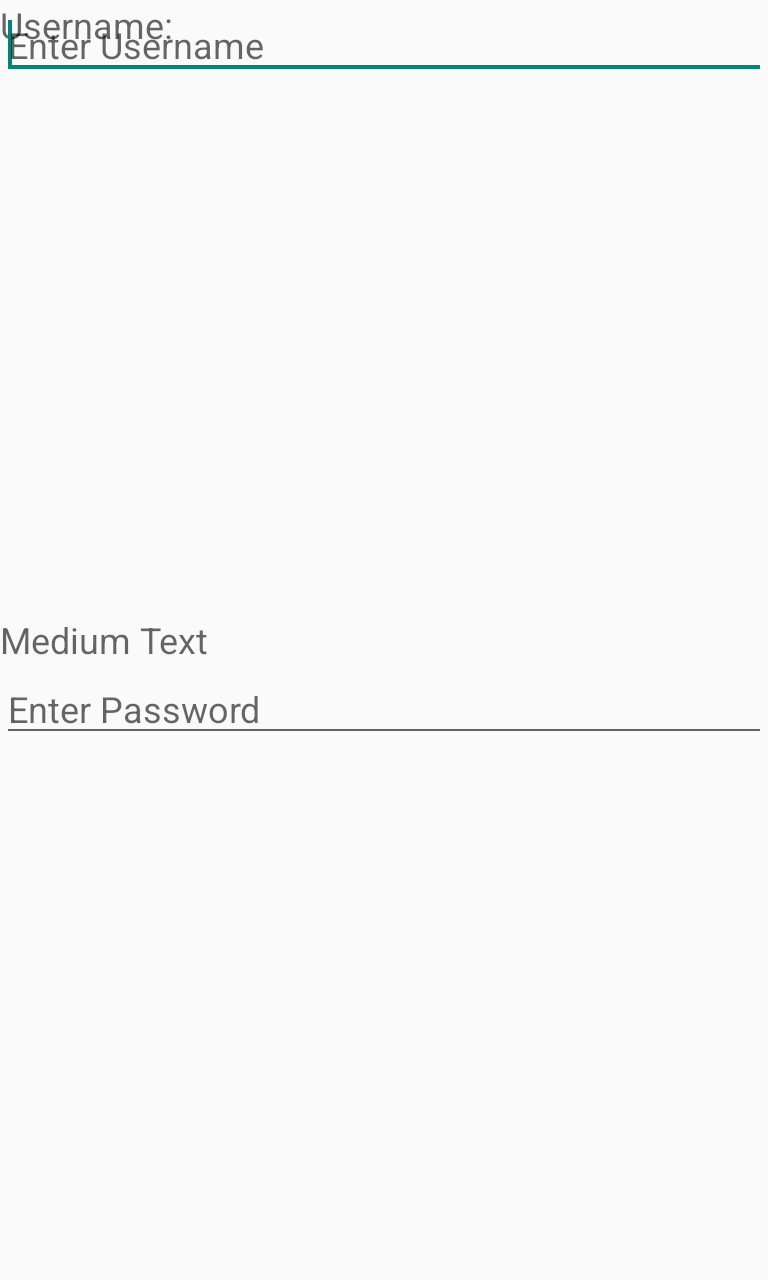
Repository: japheth-starita/DoorLockSystem
Layout: DoorLockSystem/res/layout/activity_login_device_man.xml
The author's editor kept a copy of each file at every save. The layout is drawn from the files as they stood at one save, then again after the next save.
It is drawn on a 768 x 1280 px phone screen (xhdpi) without system bars, with theme AppTheme; the app's code is not run.

Above is the layout before, as saved 2015-11-20 12:41:49.

After the next save:
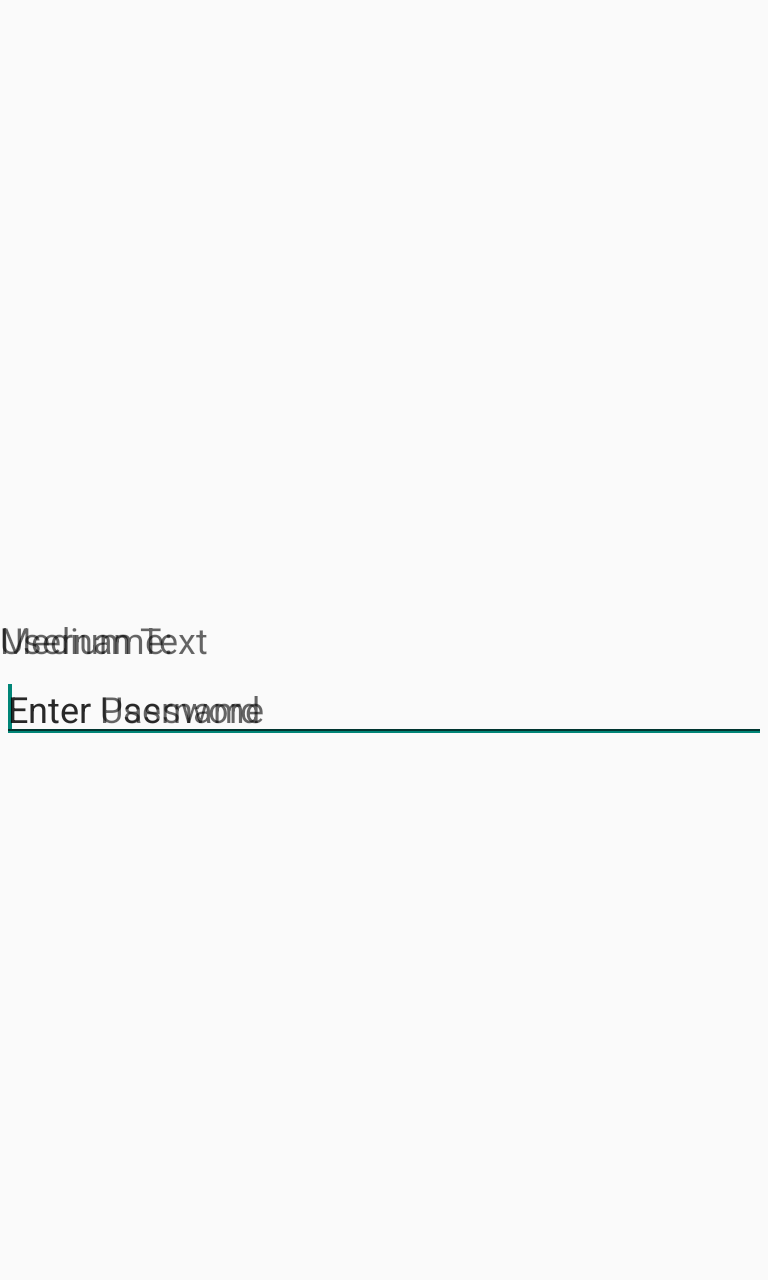
Saved 77 s later.
--- a/DoorLockSystem/res/layout/activity_login_device_man.xml
+++ b/DoorLockSystem/res/layout/activity_login_device_man.xml
@@ -6,13 +6,15 @@
 
     <TextView
         android:id="@+id/Username"
+        android:layout_above="@+id/user"
         android:layout_width="wrap_content"
         android:layout_height="wrap_content"
         android:text="Username: "
         android:textAppearance="?android:attr/textAppearanceMedium" />
 
     <EditText
-        android:id="@+id/editText1"
+        android:id="@+id/user"
+        android:layout_below="@+id/Password"
         android:layout_width="match_parent"
         android:layout_height="wrap_content"
         android:ems="10"
@@ -29,7 +31,7 @@
         android:textAppearance="?android:attr/textAppearanceMedium" />
 
     <EditText
-        android:id="@+id/editText2"
+        android:id="@+id/pw"
         android:layout_below="@+id/Password"
         android:layout_width="match_parent"
         android:layout_height="wrap_content"
